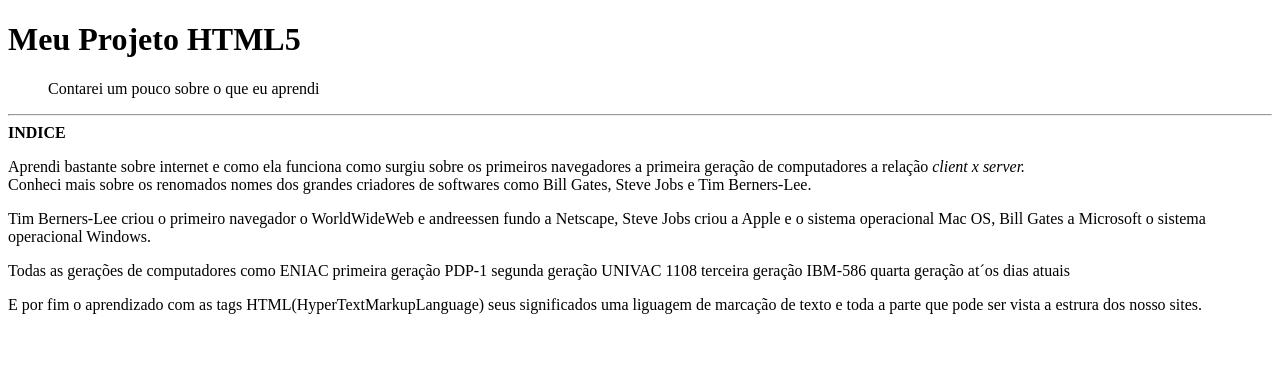
Repository: gustavotwist/meu-html
Page: index.html
These files come from the project's save history. The page is drawn as it stood at one moment and after the next save; the edit follows.
The browser window is 1280 px wide. The pictures show the whole page.

Above is the page before, as saved 2024-04-24 22:23:00.

After the next save:
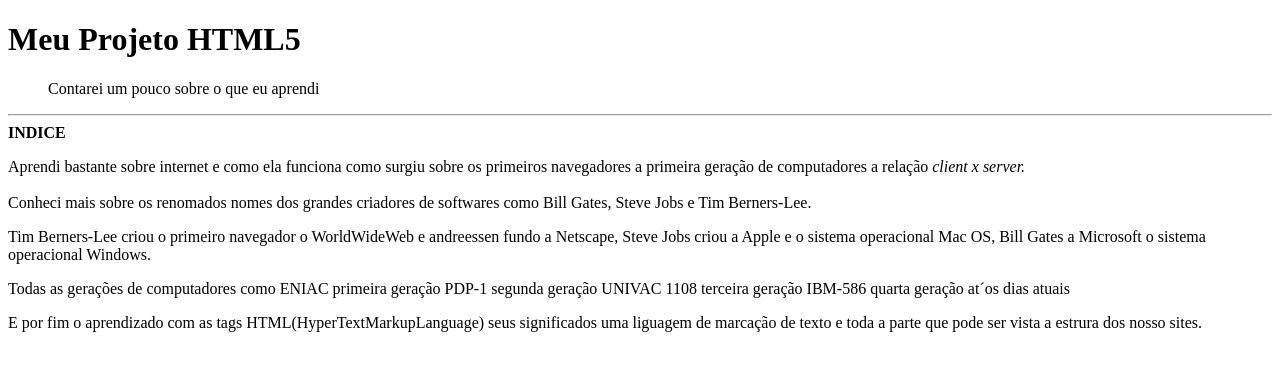
Saved 12 s later.
--- a/index.html
+++ b/index.html
@@ -10,7 +10,7 @@
     <blockquote>Contarei um pouco sobre o que eu aprendi</blockquote><hr>
     <strong>INDICE</strong>
 
-    <p>Aprendi bastante sobre internet e como ela funciona como surgiu sobre os primeiros navegadores a primeira geração de computadores a relação <i>client x server.</i><br> Conheci mais sobre os renomados nomes dos grandes criadores de softwares como Bill Gates, Steve Jobs e Tim Berners-Lee.</p>
+    <p>Aprendi bastante sobre internet e como ela funciona como surgiu sobre os primeiros navegadores a primeira geração de computadores a relação <i>client x server.</i><br><br> Conheci mais sobre os renomados nomes dos grandes criadores de softwares como Bill Gates, Steve Jobs e Tim Berners-Lee.</p>
     <p>Tim Berners-Lee criou o primeiro navegador o WorldWideWeb e andreessen fundo a Netscape, Steve Jobs criou a Apple e o sistema operacional Mac OS, Bill Gates a Microsoft o sistema operacional Windows.</p>
     <p>Todas as gerações de computadores como ENIAC primeira geração PDP-1 segunda geração UNIVAC 1108 terceira geração IBM-586 quarta geração at´os dias atuais</p>
     <p>E por fim o aprendizado com as tags HTML(HyperTextMarkupLanguage) seus significados uma liguagem de marcação de texto e toda a parte que pode ser vista a estrura dos nosso sites.</p>
